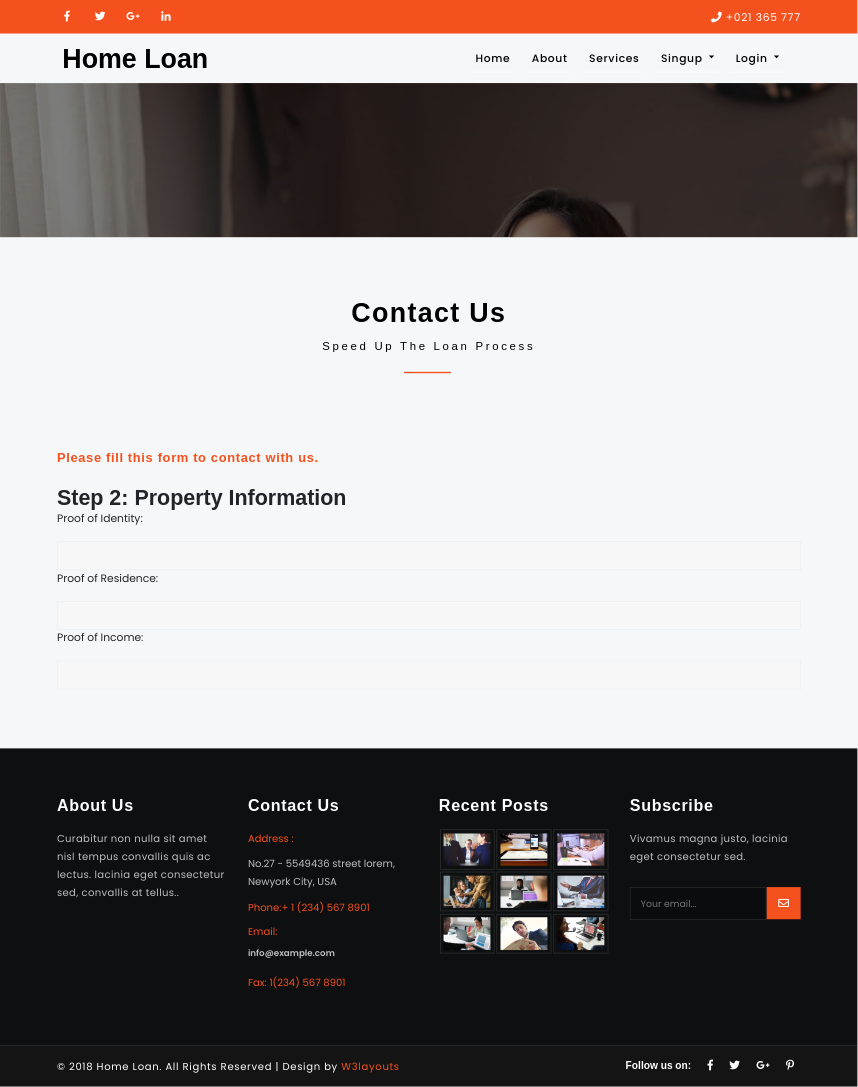
Repository: 72-faisal/Spring-MVC-project
Page: http://localhost/HomeLoan/WEB-INF/views/UserFormForLoanOnline3.jsp
The author's editor kept a copy of each file at every save. The page is drawn from the files as they stood at one save, then again after the next save.
The browser window is 1280 px wide. The pictures show the whole page, at 67% of full size.
Some web fonts or font styles are not loaded; a fallback is used. The page is served by Tomcat 9. Nobody is signed in. The template is opened directly, without the code that normally fills it, so the values that code supplies are empty.

Above is the page before, as saved 2023-12-29 11:44:28.

After the next save:
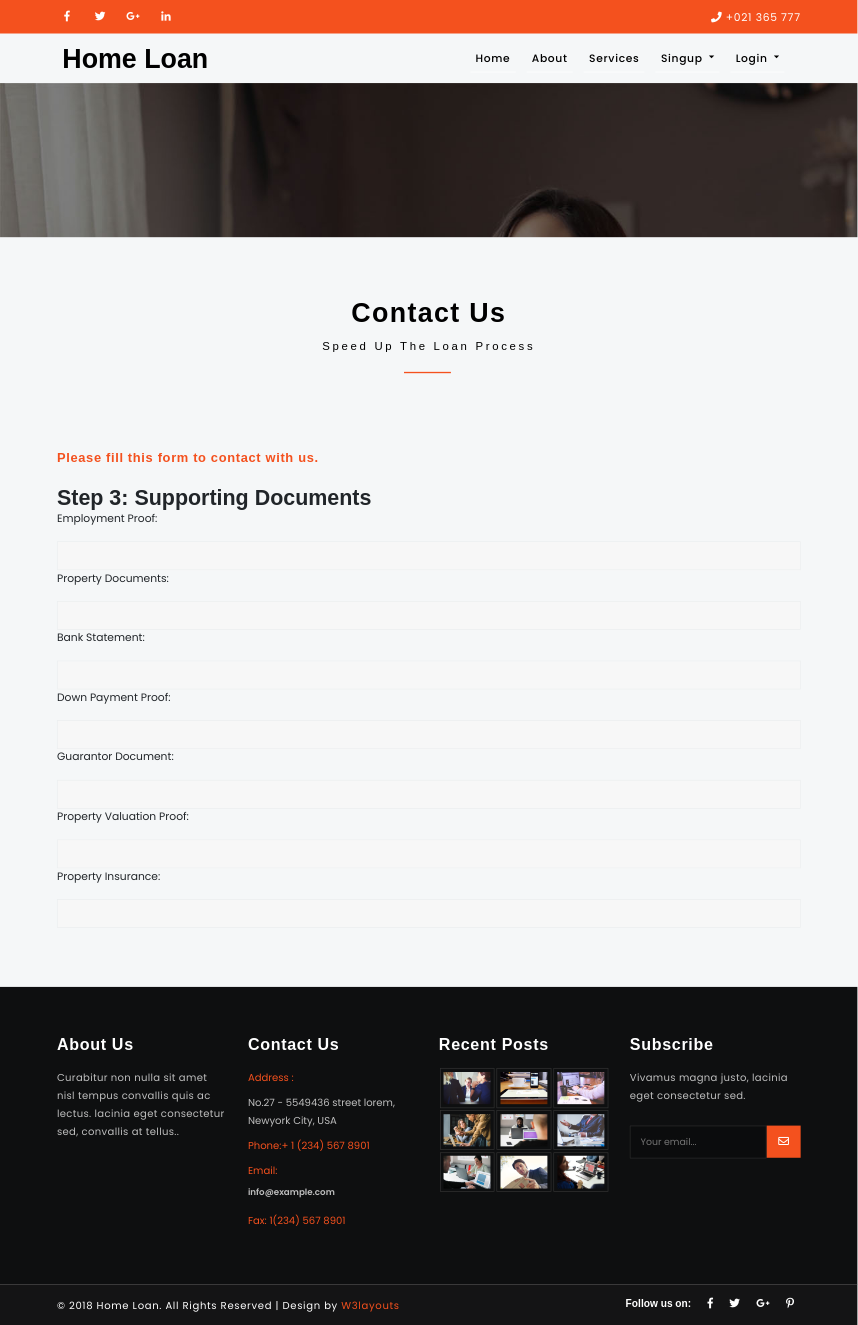
Saved 24 s later.
--- a/HomeLoan/src/main/webapp/WEB-INF/views/UserFormForLoanOnline3.jsp
+++ b/HomeLoan/src/main/webapp/WEB-INF/views/UserFormForLoanOnline3.jsp
@@ -132,13 +132,23 @@ SmartPhone Compatible web template, free WebDesigns for Nokia, Samsung, LG, Sony
 				<div class="contact_grid_right mt-5">
 					<h6>Please fill this form to contact with us.</h6>
 					<form action="UploadDocuments" method="post" enctype="multipart/form-data">
-						 <h2>Step 2: Property Information</h2>
- 	   					<label for="poidentity">Proof of Identity:</label>
- 	   					<input type="text" id="poidentity" name="poidentity" required>
-    					<label for="poresidence">Proof of Residence:</label>
-    					<input type="text" id="poresidence" name="poresidence" required>
-    					<label for="poincome">Proof of Income:</label>
-    					<input type="text" id="poincome" name="poincome" required>
+						 <!-- Step 3: Supporting Documents -->
+    <h2>Step 3: Supporting Documents</h2>
+    <label for="emp_proof">Employment Proof:</label>
+    <input type="text" id="emp_proof" name="emp_proof" required>
+    <label for="property_documents">Property Documents:</label>
+    <input type="text" id="property_documents" name="property_documents" required>
+    <label for="bank_statment">Bank Statement:</label>
+    <input type="text" id="bank_statment" name="bank_statment" required>
+    <label for="dp_proof">Down Payment Proof:</label>
+    <input type="text" id="dp_proof" name="dp_proof" required>
+    <label for="guarantor_document">Guarantor Document:</label>
+    <input type="text" id="guarantor_document" name="guarantor_document" required>
+    <label for="property_valuation_proof">Property Valuation Proof:</label>
+    <input type="text" id="property_valuation_proof" name="property_valuation_proof" required>
+    <label for="property_insurance">Property Insurance:</label>
+    <input type="text" id="property_insurance" name="property_insurance" required>
+
     					</form>
 				</div>
 			</div>
